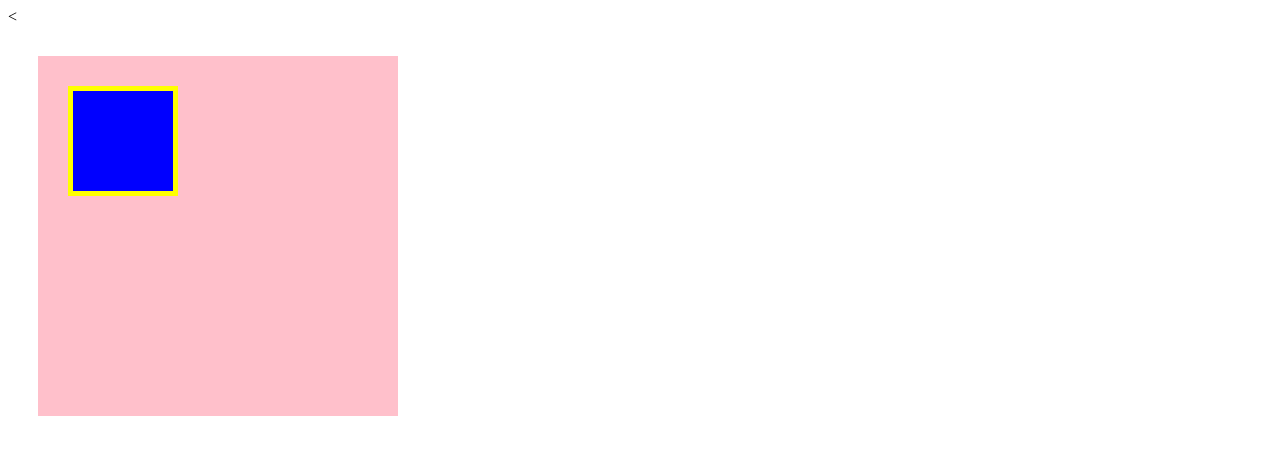
Repository: tkikokiko/webcamp-practice
Page: box/box.html
The author's editor kept a record of every edit. The page is drawn from the files as they stood at one moment, then again after the next edit.
The browser window is 1280 px wide. The pictures show the whole page.

Above is the page before.

After the next edit:
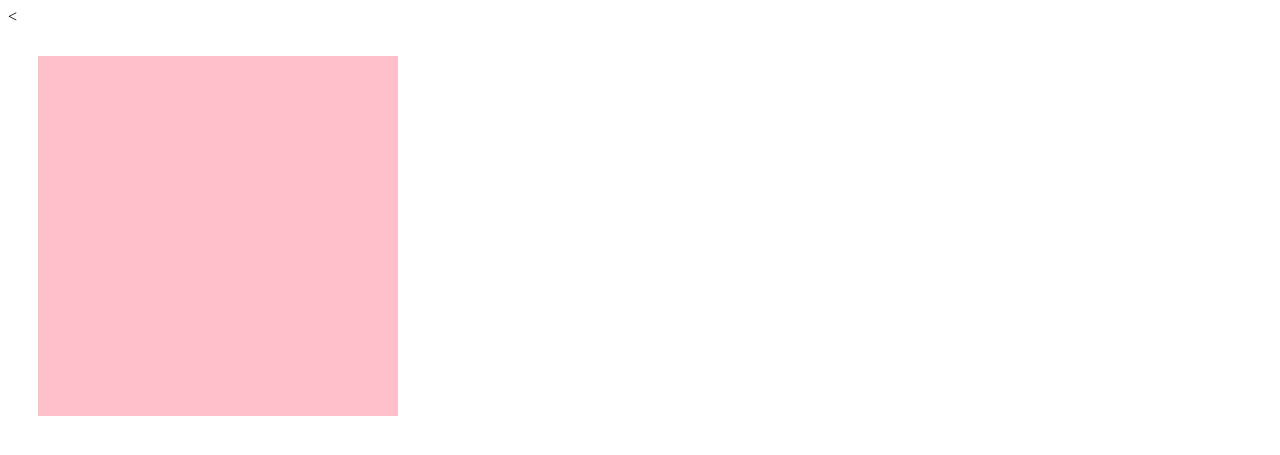
The edit:
--- a/box/box.css
+++ b/box/box.css
@@ -6,7 +6,7 @@
   padding: 30px;
 }
 
-.box2 {
+.box3 {
   width: 100px;
   height: 100px;
   background-color: blue;

After the edit that followed:
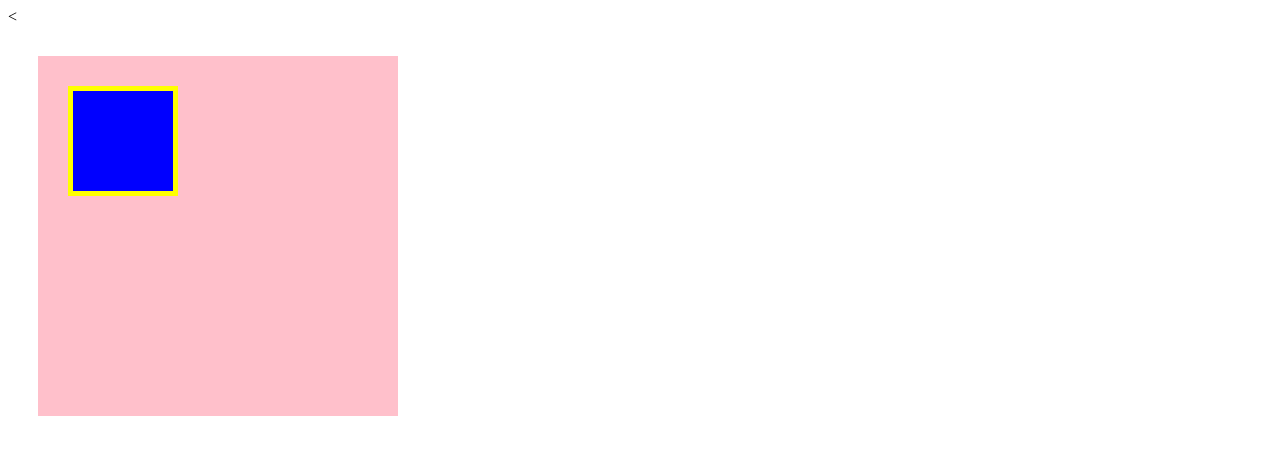
The edit:
--- a/box/box.html
+++ b/box/box.html
@@ -8,7 +8,7 @@
 
   <body>
     <div class="box1">
-      <div class="box2"></div>
+      <div class="box3"></div>
     </div>
   </body>
 </html>
